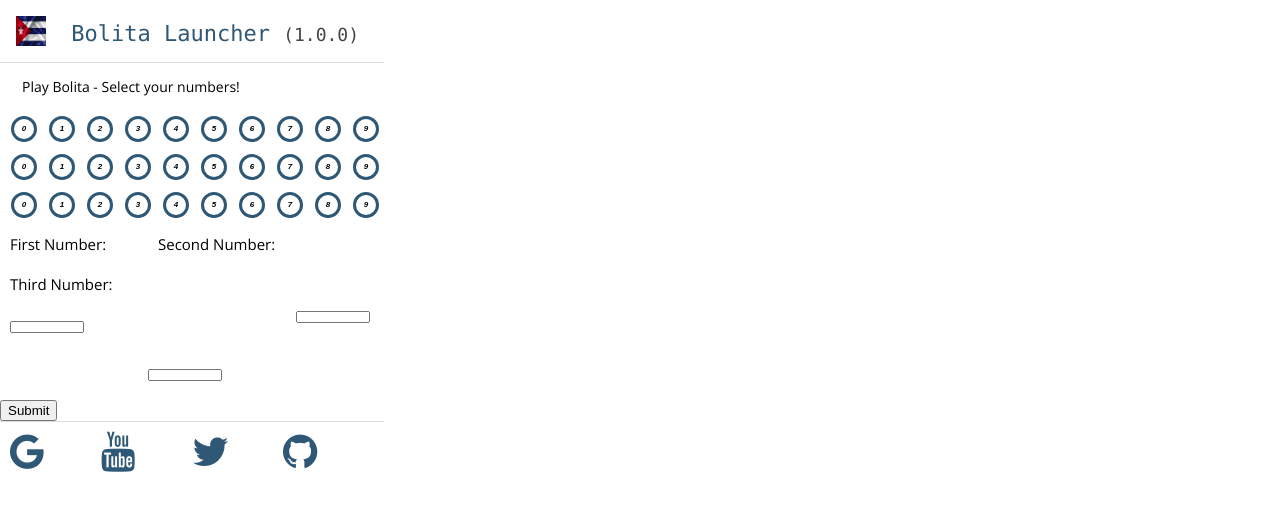
Repository: markymark617/BolitaChromeExtension
Page: popup.html
The author's editor kept a copy of each file at every save. The page is drawn from the files as they stood at one save, then again after the next save.
The browser window is 1280 px wide. The pictures show the whole page.

Above is the page before, as saved 2020-09-06 14:29:52.

After the next save:
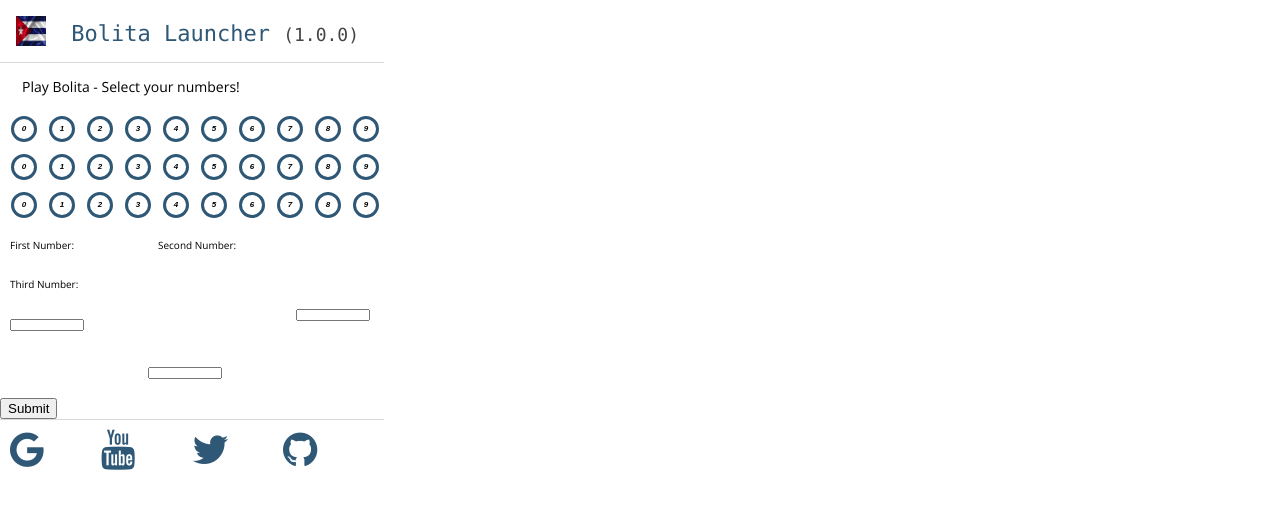
Saved 5 s later.
--- a/popup.css
+++ b/popup.css
@@ -126,5 +126,5 @@
     }
 
     label {
-        font-size:15px;
+        font-size:10px;
     }
